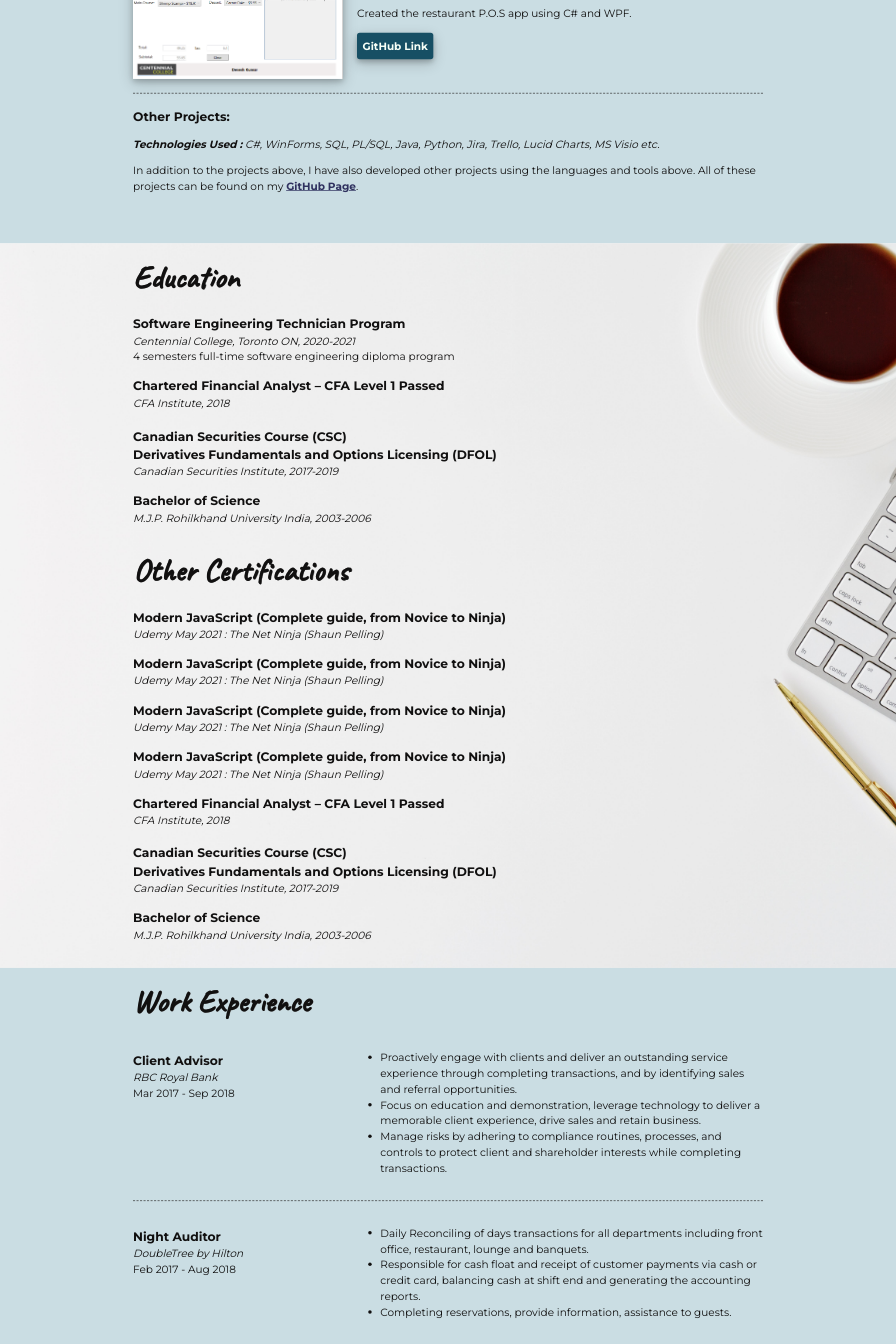
Repository: My-Web-Page/MyWebPage
Page: index.html
An editor plug-in stored every save of this project. The page is shown before and after the next save, followed by the edit.
The browser window is 1280 px wide. The pictures show the part of the page from y = 2984 to 4904 px (the page is 5391 px tall), at 70% of full size.
Some web libraries are served in a nearby version.

Above is the page before, as saved 2021-09-06 23:47:16.

After the next save:
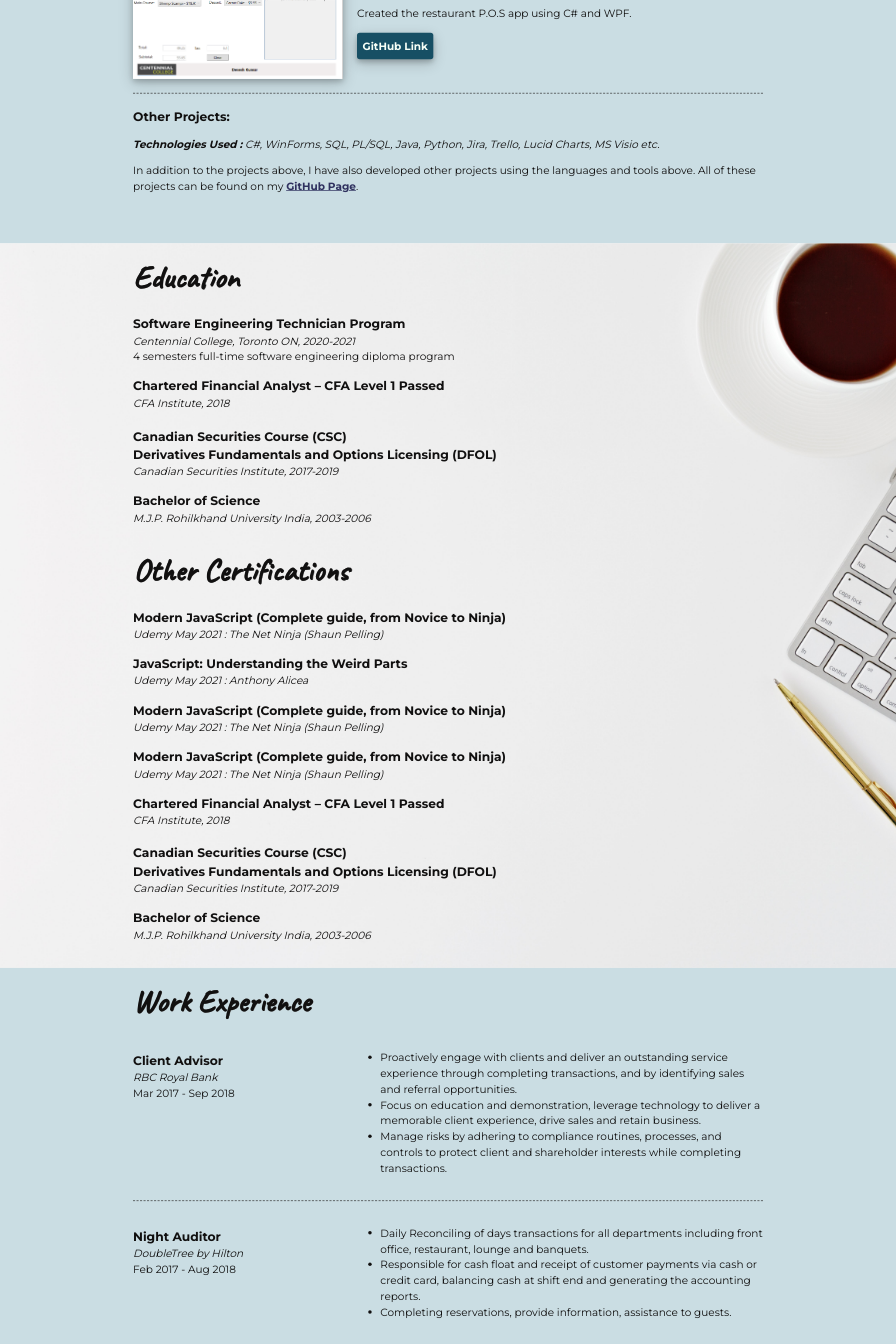
Saved 6 min 5 s later.
--- a/index.html
+++ b/index.html
@@ -207,8 +207,8 @@
                     <p>Udemy May 2021 : The Net Ninja (Shaun Pelling)</p>
                 </section>
                 <section>
-                    <h3>Modern JavaScript (Complete guide, from Novice to Ninja)</h3>
-                    <p>Udemy May 2021 : The Net Ninja (Shaun Pelling)</p>
+                    <h3>JavaScript: Understanding the Weird Parts</h3>
+                    <p>Udemy May 2021 : Anthony Alicea</p>
                 </section>
                 <section>
                     <h3>Modern JavaScript (Complete guide, from Novice to Ninja)</h3>
